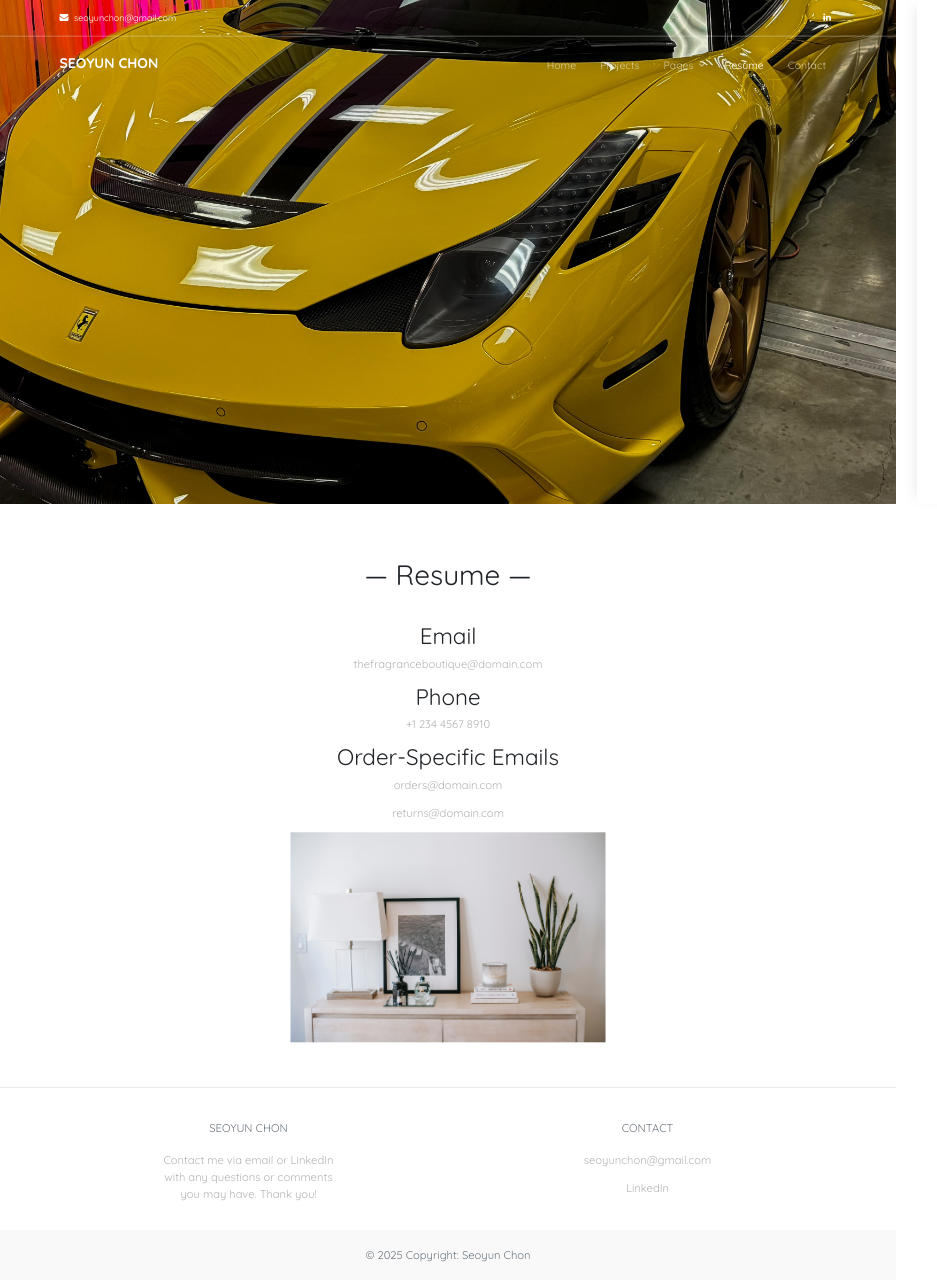
Repository: schon02/seoyun-chon-portfolio
Page: resume_page.html
An editor plug-in stored every save of this project. The page is shown before and after the next save, followed by the edit.
The browser window is 1280 px wide. The page is 1338 px wide, so the pictures cover 1338 px, including what lies to the right of the window. The pictures show the whole page, at 70% of full size.

Above is the page before, as saved 2025-01-08 20:27:48.

After the next save:
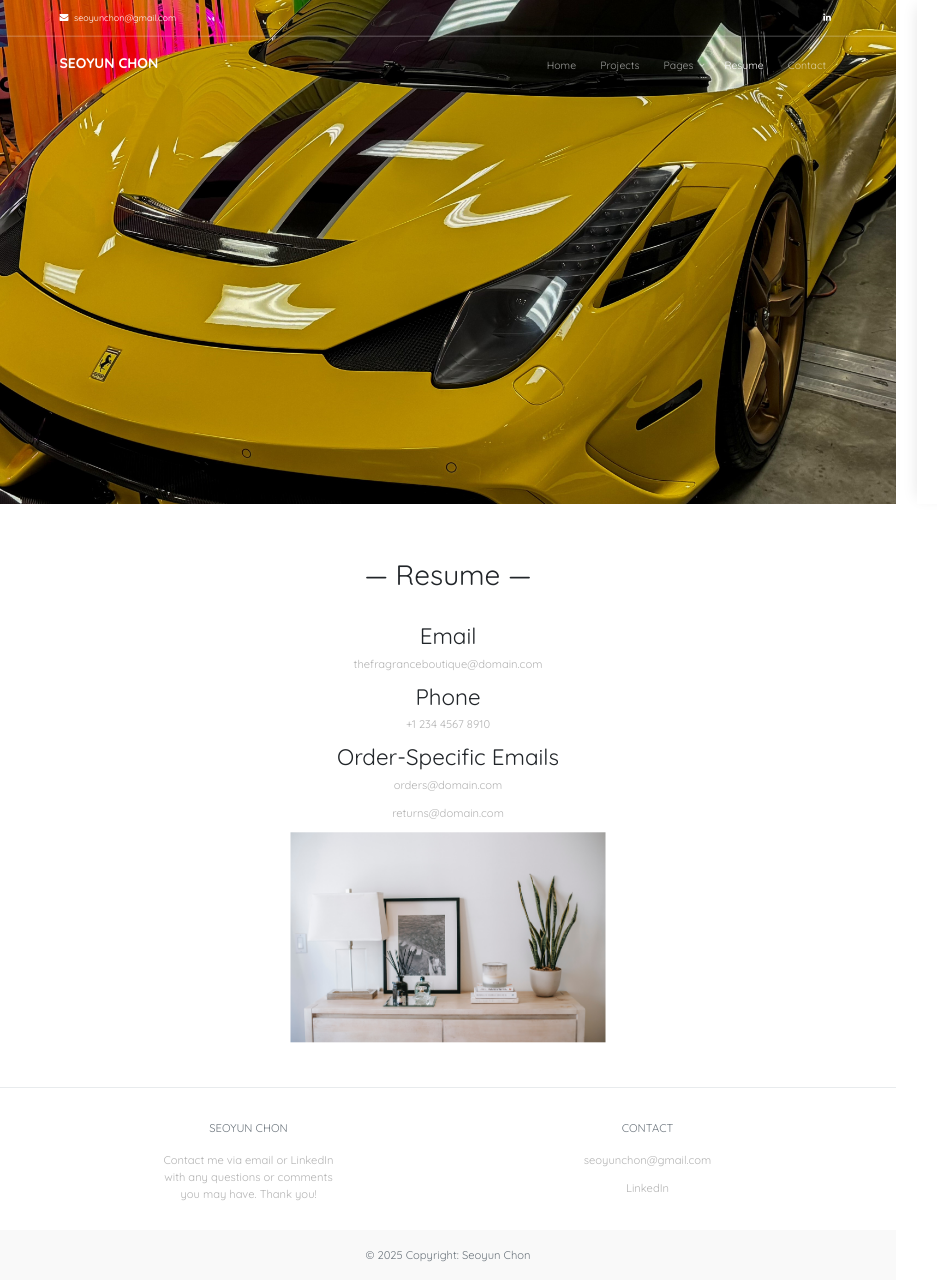
Saved 61 s later.
--- a/resume_page.html
+++ b/resume_page.html
@@ -114,7 +114,7 @@
             </div>
           </div>
 
-          <div class="hero" style="background-image: url('images/ferrari.JPG');"></div>
+          <div class="hero" style="background-image: url('images/ferrari2.JPG');"></div>
 
         <!-- <div class="contactImage">
             <div class="welcomeText">
